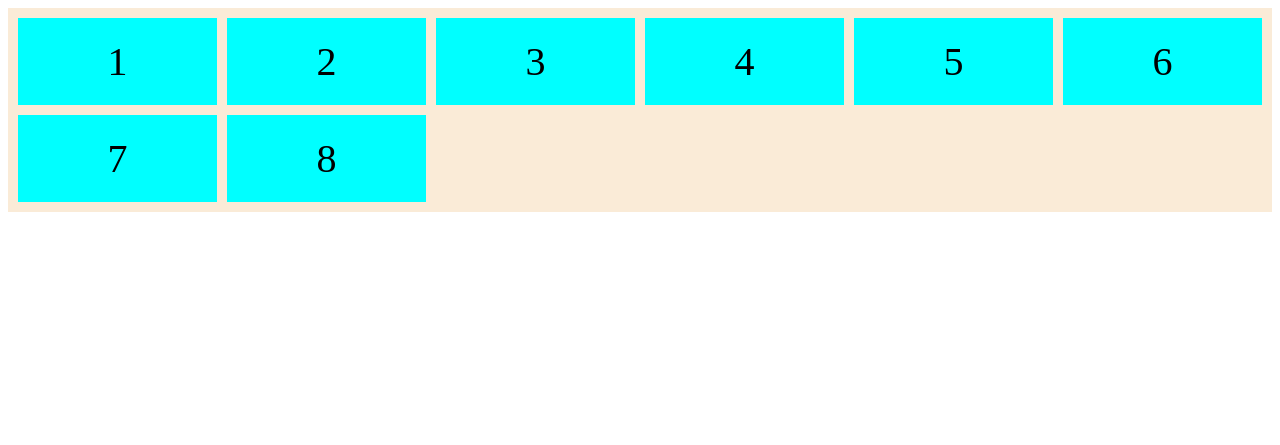
Repository: Thonghehe/Lab1_WEB106
Page: index11.html
An editor plug-in stored every save of this project. The page is shown before and after the next save, followed by the edit.
The browser window is 1280 px wide. The pictures show the whole page.

Above is the page before, as saved 2024-03-05 18:02:54.

After the next save:
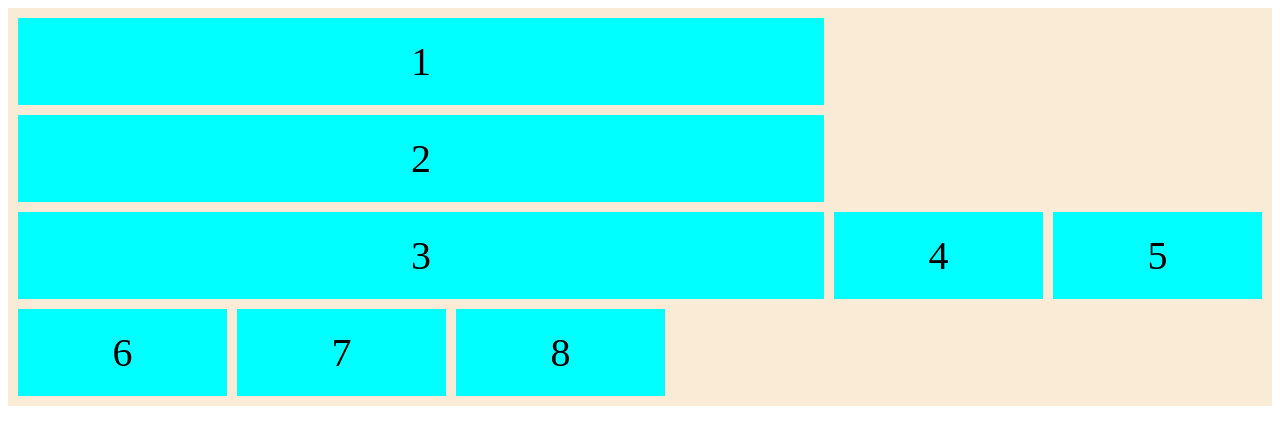
Saved 17 s later.
--- a/style.css
+++ b/style.css
@@ -13,6 +13,8 @@
     font-size: 40px;
 }
 
-.item1 .item2 .item3 {
+.item1,
+.item2,
+.item3 {
     grid-column: 1/5;
 }
